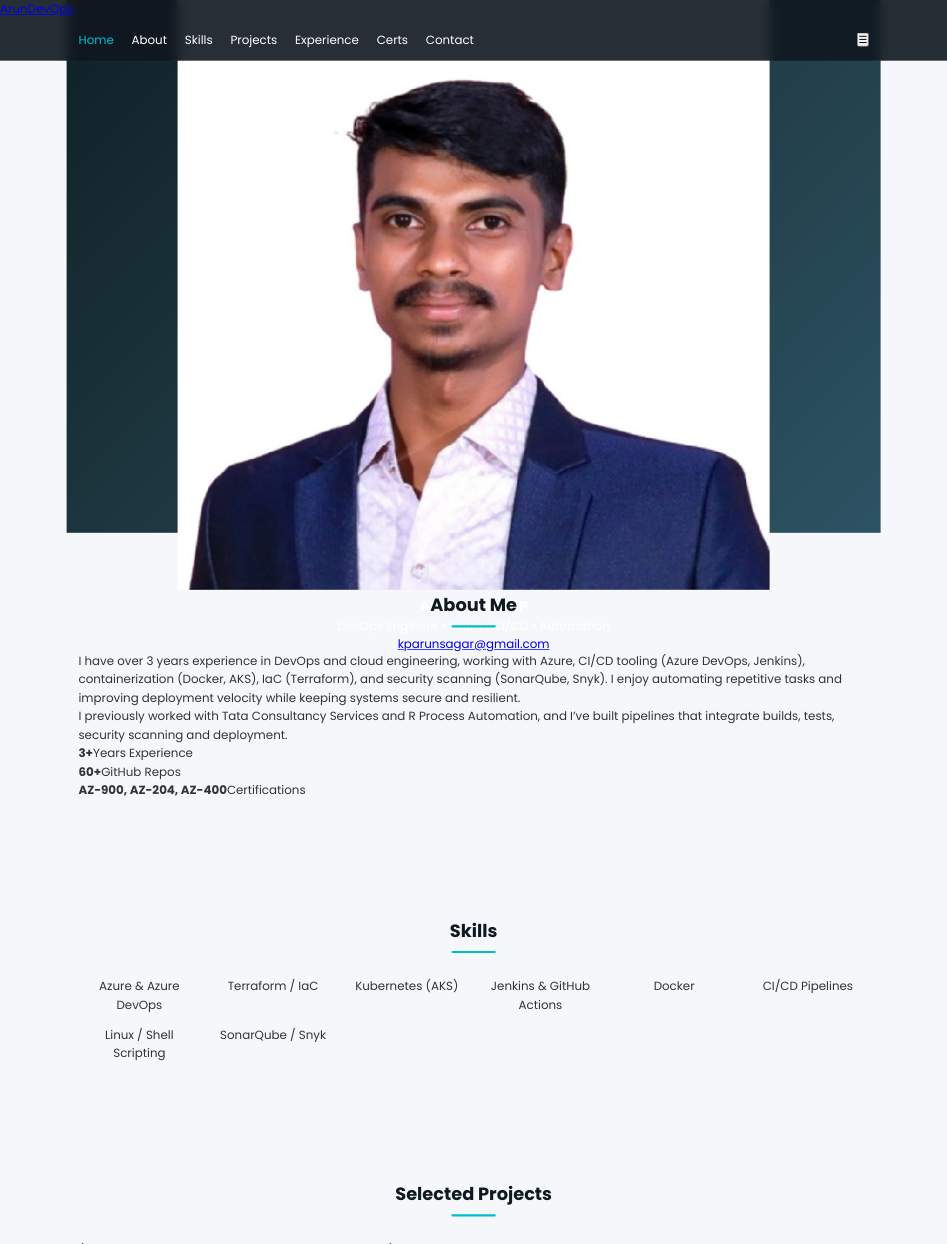
Repository: kparunsagar/kparunsagar.github.io
Page: index.html
An editor plug-in stored every save of this project. The page is shown before and after the next save, followed by the edit.
The browser window is 1280 px wide. The pictures show the part of the page from y = 0 to 1681 px (the page is 3544 px tall), at 74% of full size.
A picture or video elsewhere on the page could not be fetched, so the positions and the page height are approximate.

Above is the page before, as saved 2025-10-07 21:07:13.
Not found: assets/images/project3.png
Not found: script.js

After the next save:
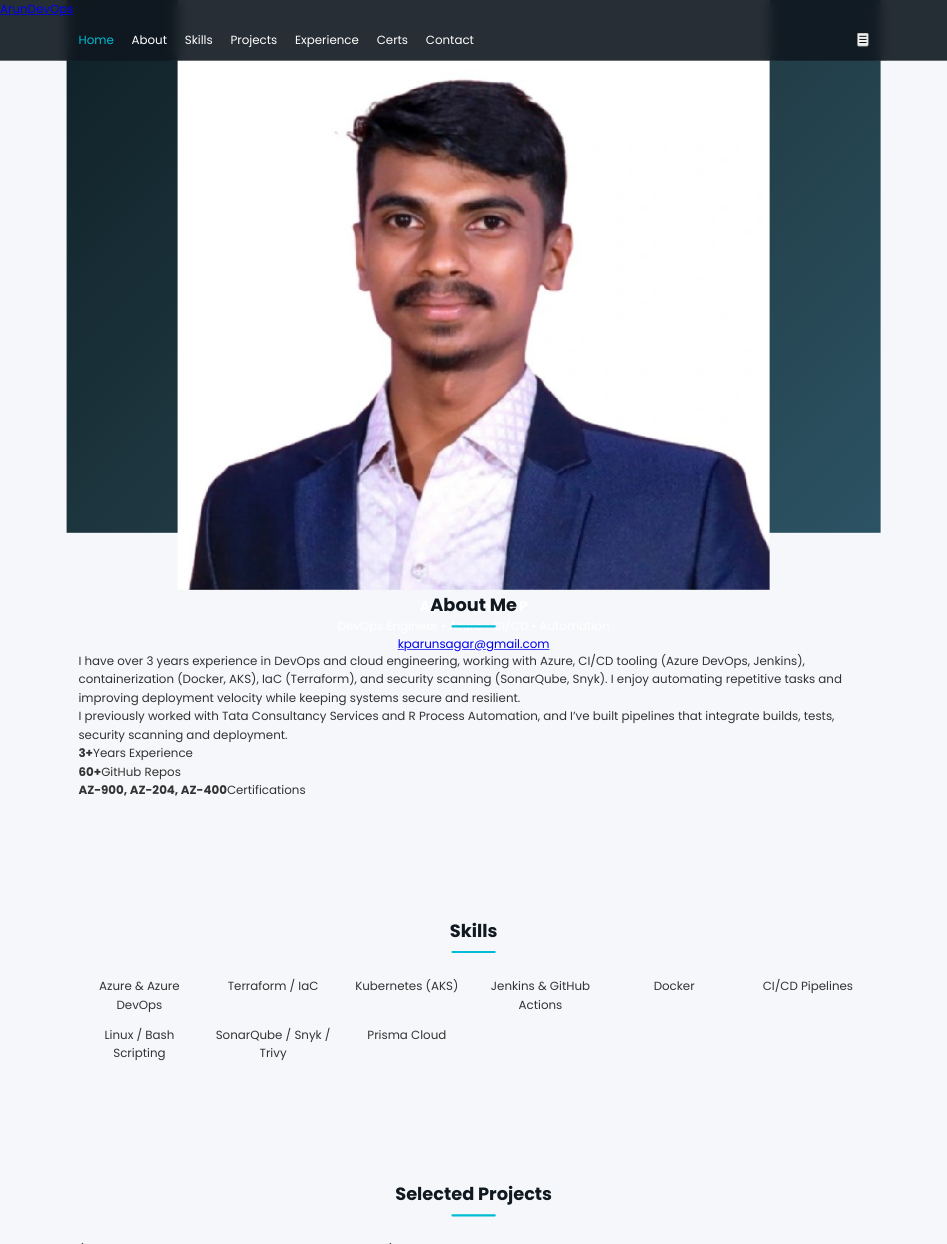
Saved 69 s later.
--- a/index.html
+++ b/index.html
@@ -110,8 +110,9 @@
           <div class="skill">Jenkins & GitHub Actions</div>
           <div class="skill">Docker</div>
           <div class="skill">CI/CD Pipelines</div>
-          <div class="skill">Linux / Shell Scripting</div>
-          <div class="skill">SonarQube / Snyk</div>
+          <div class="skill">Linux / Bash Scripting</div>
+          <div class="skill">SonarQube / Snyk / Trivy</div>
+          <div class="skill">Prisma Cloud</div>
         </div>
       </div>
     </section>
